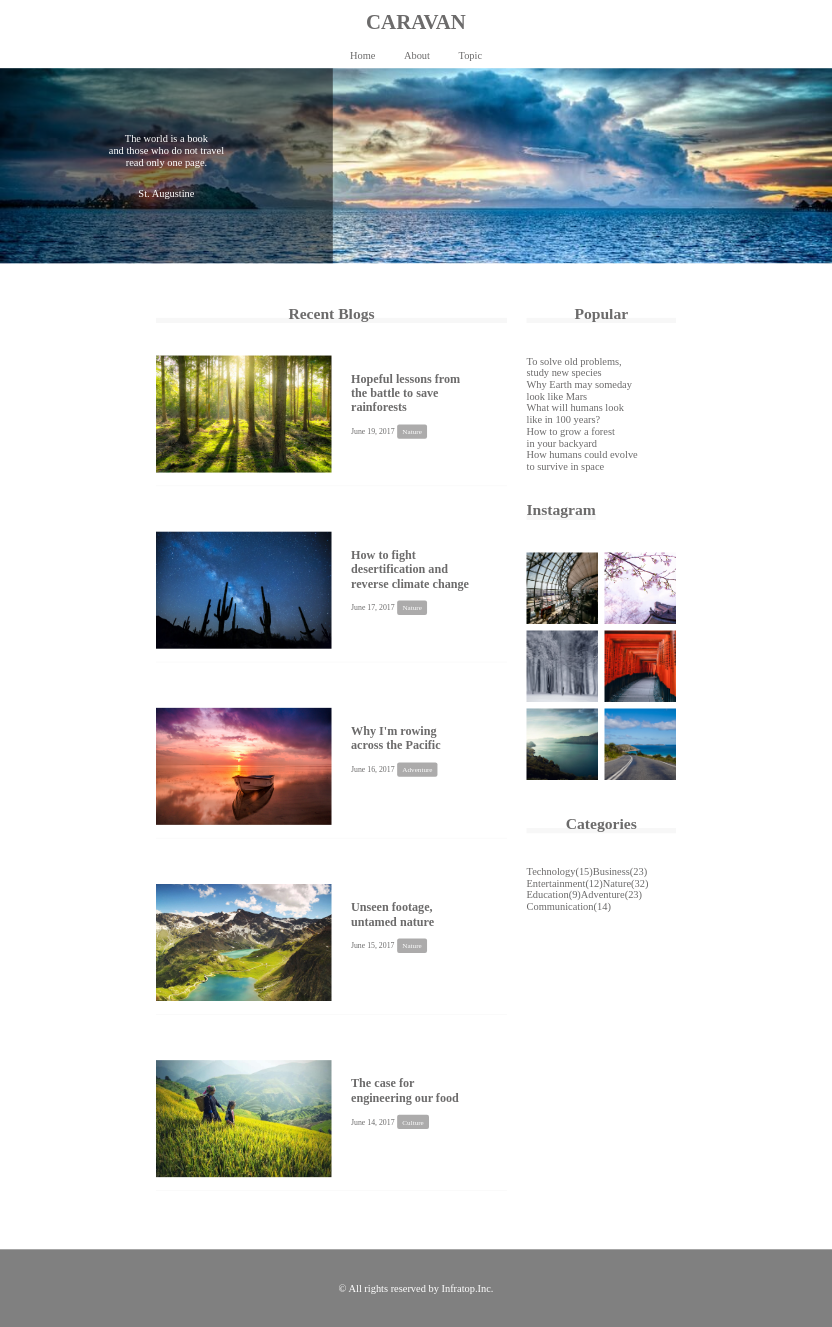
Repository: yuu2310/dmm-webcamp
Page: caravan/index.html
The author's editor kept a record of every edit. The page is drawn from the files as they stood at one moment, then again after the next edit.
The browser window is 1280 px wide. The pictures show the whole page, at 65% of full size.

Above is the page before.

After the next edit:
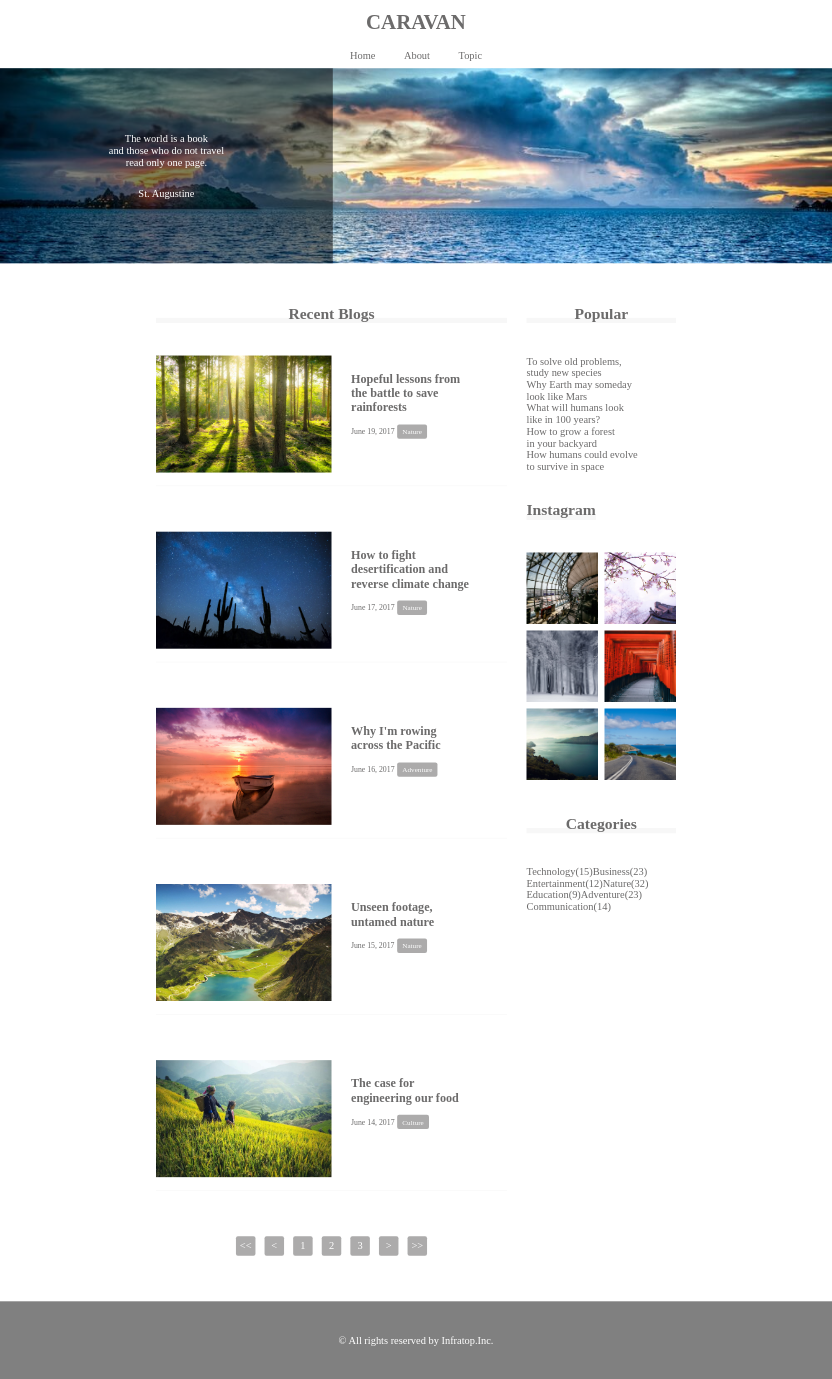
The edit:
--- a/caravan/index.html
+++ b/caravan/index.html
@@ -118,6 +118,15 @@
             </section>
           </div>
         </div>
+        <div class="pagenation">
+          <p><<</p>
+          <p><</p>
+          <p>1</p>
+          <p>2</p>
+          <p>3</p>
+          <p>></p>
+          <p>>></p>
+        </div>
       </section>
       <div class="sidebar">
         <section class="popular">
